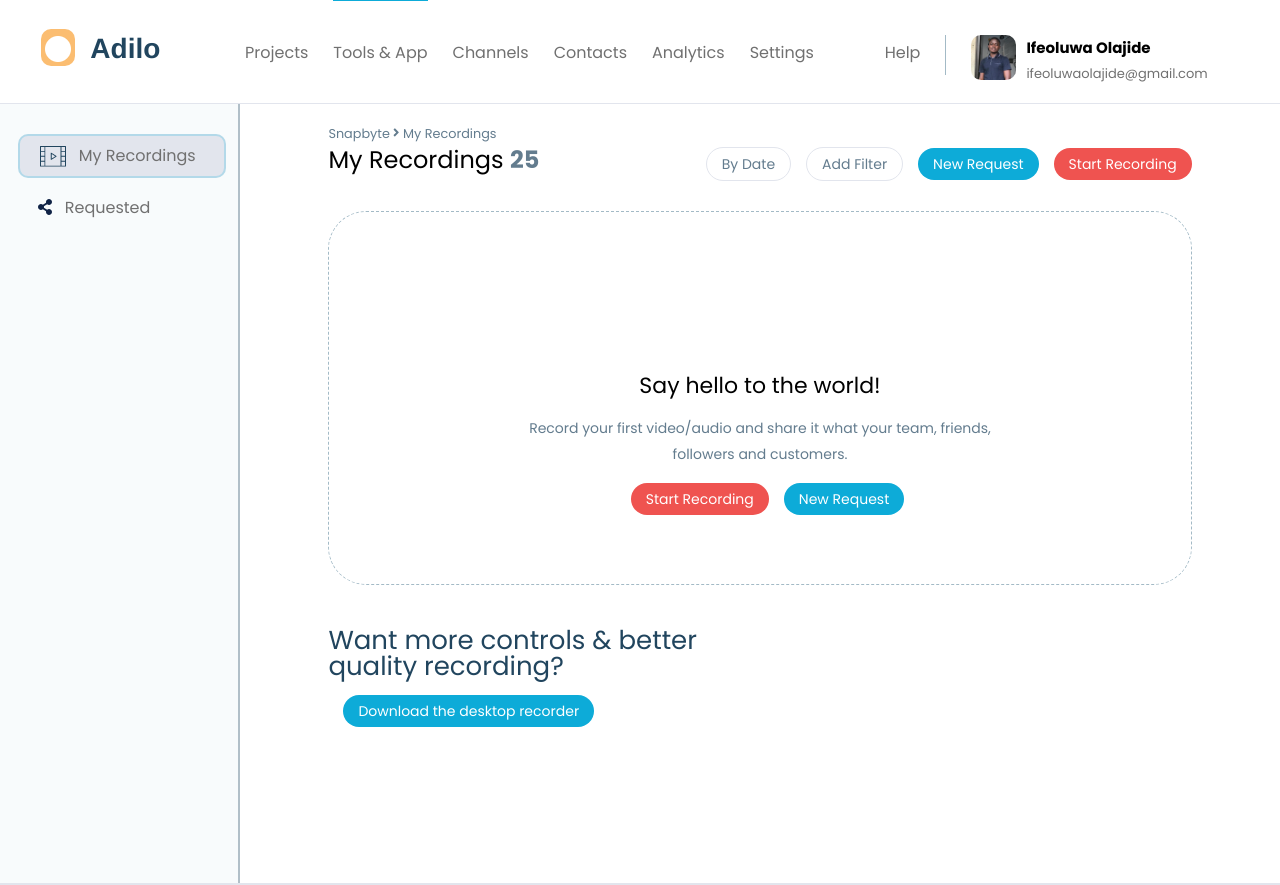
Repository: olhighjay/video_recorder
Page: /
An editor plug-in stored every save of this project. The page is shown before and after the next save, followed by the edit.
The browser window is 1280 px wide. The pictures show the whole page.
Some web libraries are served in a nearby version. The project was rebuilt for these pictures with package versions that can differ from the ones it lists, and the page was loaded fresh each time. Also part of the build but not shown: vue.config.js.

Above is the page before, as saved 2022-07-29 05:55:27.

After the next save:
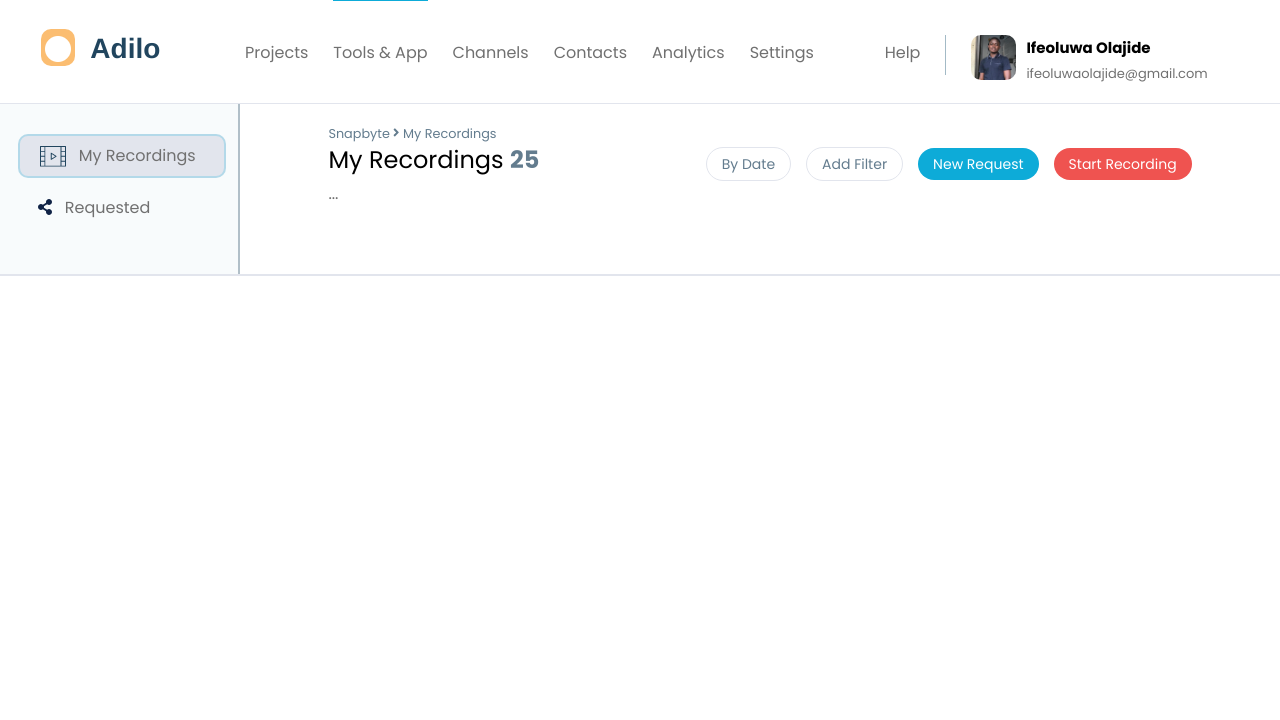
Saved 71 s later.
--- a/src/App.vue
+++ b/src/App.vue
@@ -21,7 +21,7 @@
                 <button class="sub-heading-btn red-btn">Start Recording</button>
               </div>
             </div>
-            <div style="border: 1px dashed #A3BAC6; margin-top:30px;
+            <!-- <div style="border: 1px dashed #A3BAC6; margin-top:30px;
               border-radius: 38px;
               opacity: 1; padding-top:105.9px; padding-bottom:68.5px">
               <p style="color: #000; font-size: 22px; text-align:center; font-weight:medium; margin-top:56px">Say hello to the world!</p>
@@ -39,6 +39,11 @@
                 <p style="font-size: 26px; color:#21455E">Want more controls & better <br />quality recording?</p>
                 <button class="sub-heading-btn blue-btn">Download the desktop recorder</button>
               </div>
+            </div> -->
+            <div class="table-responsive-xl">
+              <table class="table">
+                ...
+              </table>
             </div>
           </div>
         </div>
